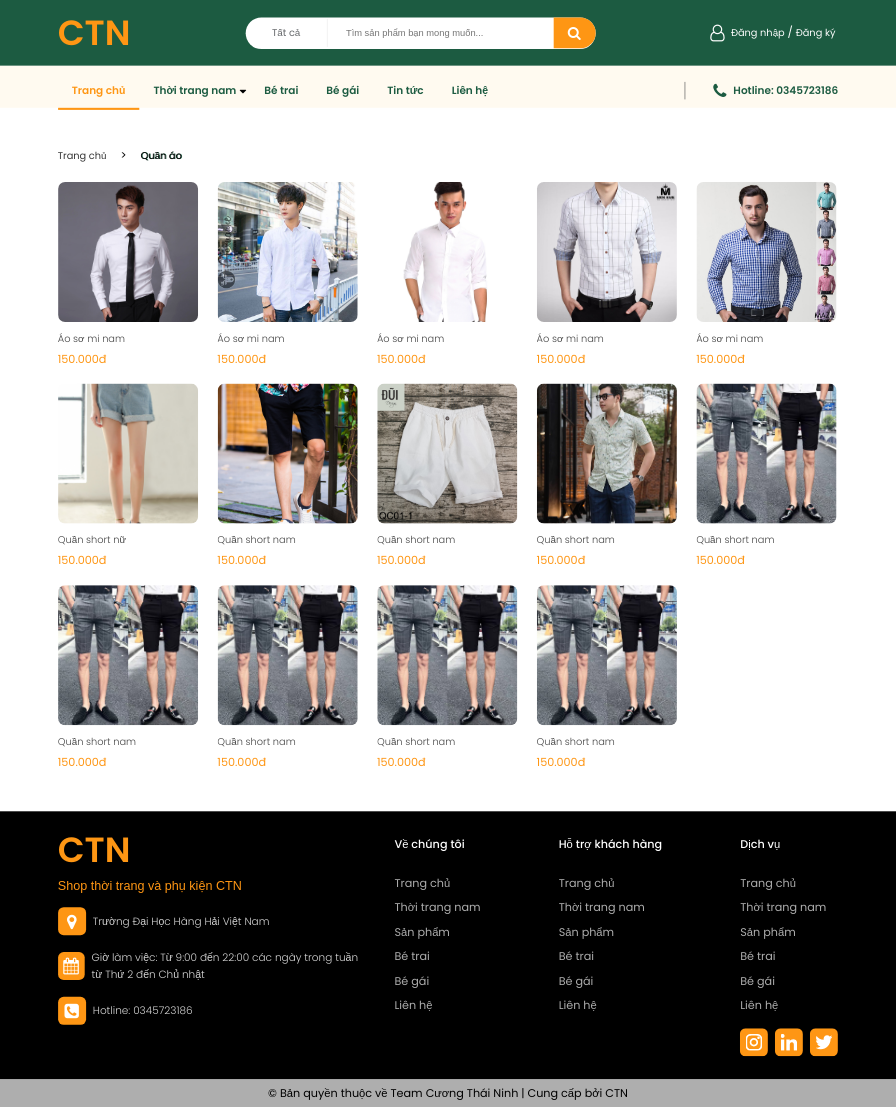
Repository: cuongchua2k2/BaiTapLon-web
Page: category.html
An editor plug-in stored every save of this project. The page is shown before and after the next save, followed by the edit.
The browser window is 1280 px wide. The pictures show the whole page, at 70% of full size.

Above is the page before, as saved 2023-12-09 20:03:50.

After the next save:
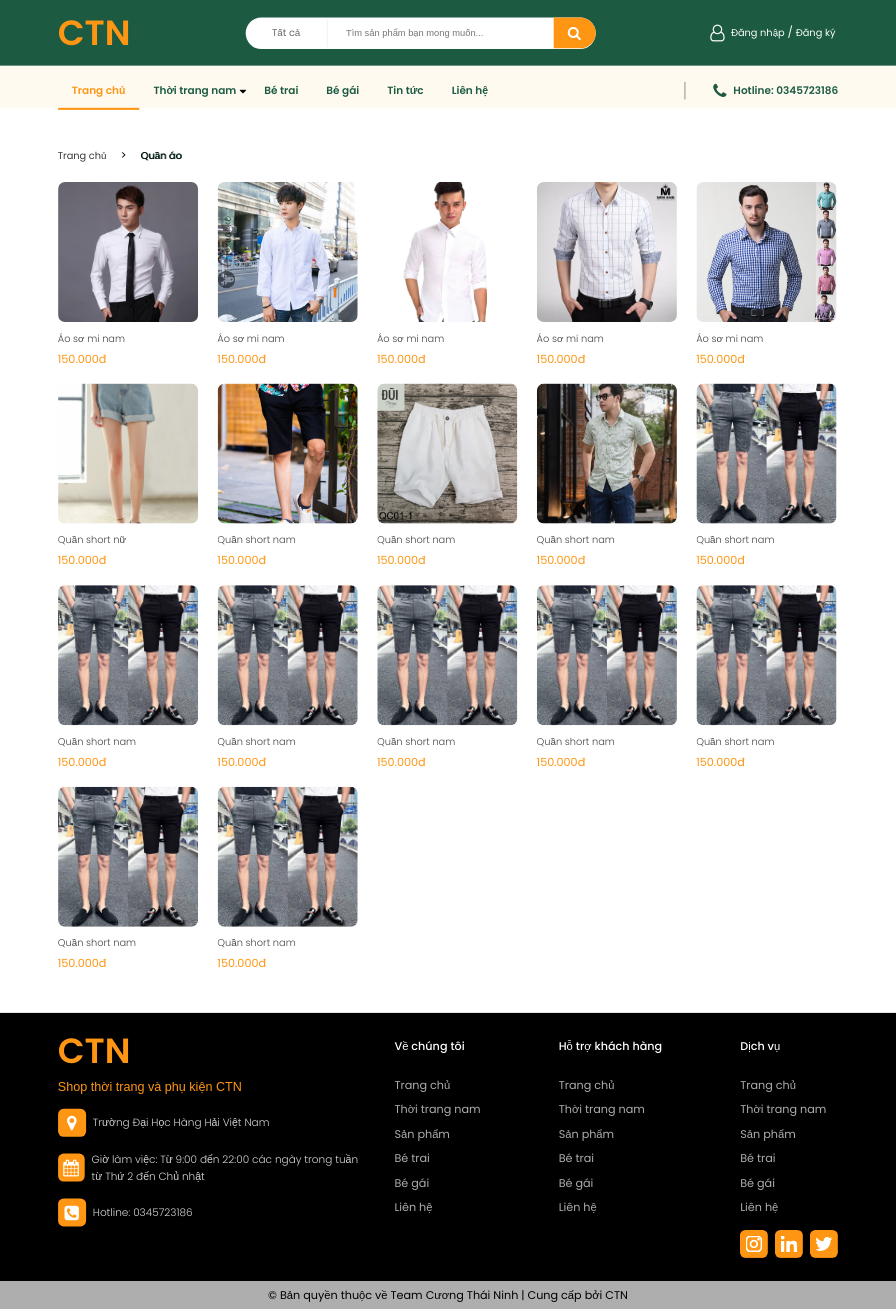
Saved 72 s later.
--- a/category.html
+++ b/category.html
@@ -430,6 +430,74 @@
               </div>
             </div>
             <!-- item 15 -->
+            <div class="product__item">
+              <a href="#!">
+                <figure>
+                  <img
+                    src="./assets/img/quan-short/f00f6519e386f4c002774a40126f19fe.jfif"
+                    alt=""
+                    class="product__image"
+                  />
+                  <figcaption class="product__desc">Quần short nam</figcaption>
+                </figure>
+                <a href="#!" class="buy-product">
+                  <i
+                    class="fa fa-cart-plus"
+                    style="font-size: 24px; color: #fff"
+                  ></i>
+                  <span class="buy-product__desc">Thêm vào giỏ hàng</span>
+                </a>
+              </a>
+              <div class="price">
+                <span>150.000đ</span>
+              </div>
+            </div>
+            <!-- item 16 -->
+            <div class="product__item">
+              <a href="#!">
+                <figure>
+                  <img
+                    src="./assets/img/quan-short/f00f6519e386f4c002774a40126f19fe.jfif"
+                    alt=""
+                    class="product__image"
+                  />
+                  <figcaption class="product__desc">Quần short nam</figcaption>
+                </figure>
+                <a href="#!" class="buy-product">
+                  <i
+                    class="fa fa-cart-plus"
+                    style="font-size: 24px; color: #fff"
+                  ></i>
+                  <span class="buy-product__desc">Thêm vào giỏ hàng</span>
+                </a>
+              </a>
+              <div class="price">
+                <span>150.000đ</span>
+              </div>
+            </div>
+            <!-- item 17 -->
+            <div class="product__item">
+              <a href="#!">
+                <figure>
+                  <img
+                    src="./assets/img/quan-short/f00f6519e386f4c002774a40126f19fe.jfif"
+                    alt=""
+                    class="product__image"
+                  />
+                  <figcaption class="product__desc">Quần short nam</figcaption>
+                </figure>
+                <a href="#!" class="buy-product">
+                  <i
+                    class="fa fa-cart-plus"
+                    style="font-size: 24px; color: #fff"
+                  ></i>
+                  <span class="buy-product__desc">Thêm vào giỏ hàng</span>
+                </a>
+              </a>
+              <div class="price">
+                <span>150.000đ</span>
+              </div>
+            </div>
           </div>
         </div>
       </div>
